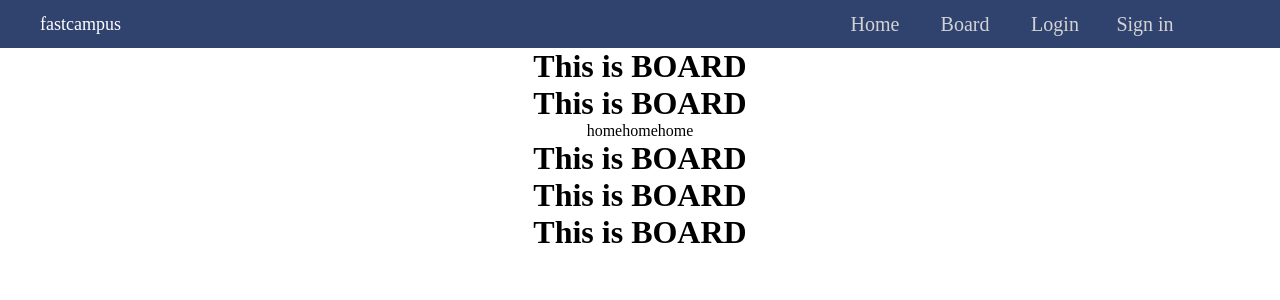
Repository: ReneeKang/Spring_jungsuk
Page: http://localhost/ch2/
These files come from the project's save history. The page is drawn as it stood at one moment and after the next save; the edit follows.
The browser window is 1280 px wide. The pictures show the whole page.
Some web libraries are served in a nearby version. The page is served by Tomcat 9.

Above is the page before, as saved 2022-04-17 15:04:40.

After the next save:
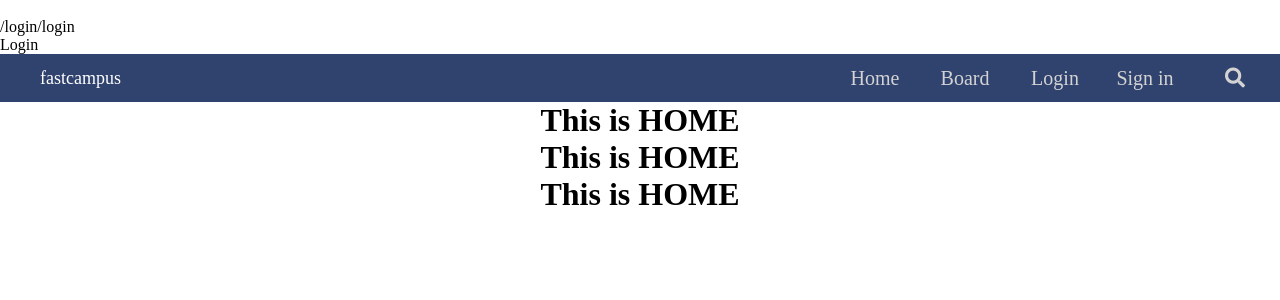
Saved 5 min 6 s later.
--- a/ch2/src/main/webapp/WEB-INF/views/index.jsp
+++ b/ch2/src/main/webapp/WEB-INF/views/index.jsp
@@ -1,31 +1,71 @@
 <%@ page language="java" contentType="text/html; charset=UTF-8"%>
 <%@ taglib uri="http://java.sun.com/jsp/jstl/core" prefix="c" %>
-  <%@ page session="false"%>
-    <c:set var="loginId" value="${pageContext.request.getSession(false)==null ? '' : pageContext.request.session.getAttribute('id')}"/>
-    <c:set var="loginOut" value="${loginId=='' ? 'Login' : 'ID='+=loginId}"/>
+
+<%@ page session="false"%>
+<!-- session="false" 일때 사용하는 코드 -->
+<c:set var="loginId" value="${pageContext.request.getSession(false)==null ? '' : pageContext.request.session.getAttribute('id')}"/>
+<c:set var="loginOutLink" value="${loginId=='' ? '/login/login' : '/login/logout'}"/>
+<c:set var="loginOut" value="${loginId=='' ? 'Login' : 'ID='+=loginId}"/>
+
+ <!-- session 사용할때 코드
+<c:set var="loginOutLink" value="${sessionScope.id==null ? '/login/login' : '/login/logout'}"/>
+<c:set var="loginOut" value="${sessionScope.id==null ? 'Login' : 'Logout'}"/>
+ -->
+
+<!-- Darren -->
+
+<!-- 음 일단 대충 보아하니.....
+request객체에거 직접 session얻어서 getAttribute를 해주니까
+값이 제대로 찍히는거 보아서는
+EL쪽 문제가 아닌가 싶어요
+
+ -->
+<%--  <c:set var="loginId" value="${pageContext.request.getSession(false)==null ? '' : pageContext.request.session.getAttribute('id')}"/>
+
+--%>
 <!DOCTYPE html>
 <html>
 <head>
 	<meta charset="UTF-8">
     <title>fastcampus</title>
     <link rel="stylesheet" href="<c:url value='/css/menu.css'/>">
+    <link rel="stylesheet" href="https://cdnjs.cloudflare.com/ajax/libs/font-awesome/5.8.2/css/all.min.css"/>
 </head>
 <body>
+${loginId}<br>
+${loginOutLink}<br>
+${loginOut}<br>
+<%-- <%
+HttpSession session = request.getSession();
+//String str = (String)request.getSession().getAttribute("id");
+%>
+<%=str%>
+ㅎㅇㅎㅇ${pageContext.request.session.getAttribute('id') == null ? 'Login' : 'Logout'}
+???? ${loginOut}<br>
+${loginId}<br>
+${loginOutLink}<br>
+${loginOut}<br>
+
+
+<%
+String loginID = (String)request.getSession().getAttribute("id");
+String loginOutLink = "";
+if(loginID == null || loginID.equals("")){
+
+}
+%> --%>
 <div id="menu">
 	<ul>
 	    <li id="logo">fastcampus</li>
 	    <li><a href="<c:url value='/'/>">Home</a></li>
 	    <li><a href="<c:url value='/board/list'/>">Board</a></li>
-	    <li><a href="<c:url value='/board/logout'/>">${loginOut}</a></li>
+	    <li><a href="<c:url value='${loginOutLink}'/>">${loginOut}</a></li>
 	    <li><a href="<c:url value='/register/add'/>">Sign in</a></li>
 	    <li><a href=""><i class="fas fa-search small"></i></a></li>
 	</ul>
-</div><div style="text-align:center">
-	<h1>This is BOARD</h1>
-	<h1>This is BOARD</h1>homehomehome
-	<h1>This is BOARD</h1>
-	<h1>This is BOARD</h1>
-	<h1>This is BOARD</h1>
 </div>
-</body>
-</html>
+<div style="text-align:center">
+	<h1>This is HOME</h1>
+	<h1>This is HOME</h1>
+	<h1>This is HOME</h1>
+</div>
